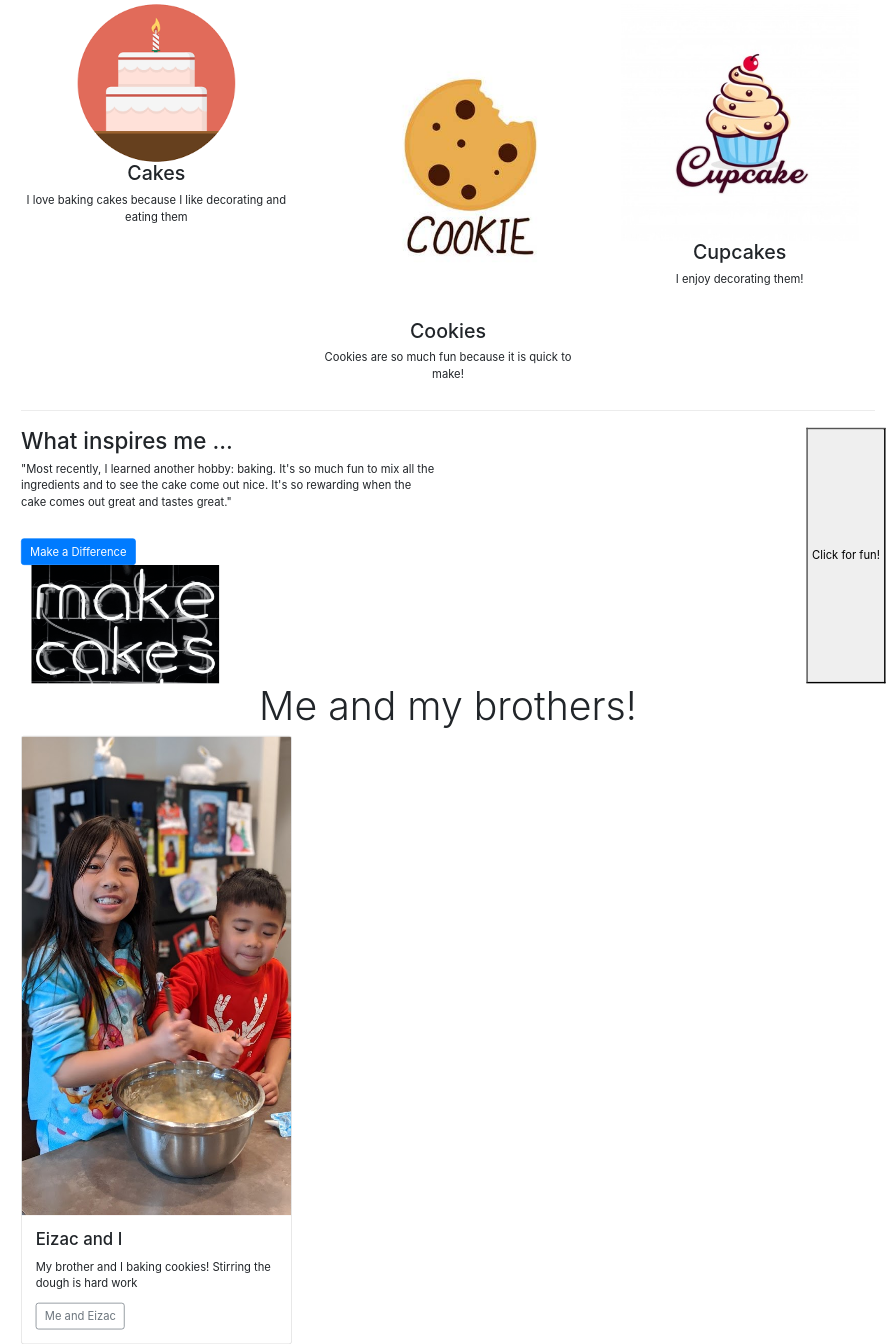
Repository: djzaragoza/Bea-Creation
Page: index.html
An editor plug-in stored every save of this project. The page is shown before and after the next save, followed by the edit.
The browser window is 1280 px wide. The pictures show the part of the page from y = 2583 to 4503 px (the page is 4503 px tall), at 70% of full size.
Some web libraries are served in a nearby version.

Above is the page before, as saved 2020-04-07 21:55:39.

### index.html
<!DOCTYPE html>
<html lang="en">
<head>
    <meta charset="utf-8">
    <meta name="viewport" content="width=device-width, initial-scale=1">
    <title>Bea's Creation</title>
    <link rel="stylesheet" href="https://maxcdn.bootstrapcdn.com/bootstrap/4.0.0/css/bootstrap.min.css">
    <script src="https://ajax.googleapis.com/ajax/libs/jquery/3.3.1/jquery.min.js"></script>
    <script src="https://cdnjs.cloudflare.com/ajax/libs/popper.js/1.12.9/umd/popper.min.js"></script>
    <script src="https://maxcdn.bootstrapcdn.com/bootstrap/4.0.0/js/bootstrap.min.js"></script>
    <script src="https://use.fontawesome.com/releases/v5.0.8/js/all.js"></script>
    <link rel="style.css" rel="stylesheet">
</head>
<body>

<!-- navigation -->
<nav class="navbar navbar-expand-md navbar-light bg-light sticky-top">
<div class="container-fluid">
    <a class="navbar-brand" href="#"><img src="img/bea_logo.png"></a>
    <button class="navbar-toggler" type="button" data-toggle="collapse" data-target="#navbarResponsive">
        <span class="navbar-toggler-icon"></span>
    </button>
    <div class="collapse navbar-collapse" id="navbarResponsive">
        <ul class="navbar-nav ml-auto">
            <li class="nav-item active">
                <a class="nav-link" href="#">Home</a>
            </li>
            <li class="nav-item">
                <a class="nav-link" href="#">Cakes</a>
            </li>
            <li class="nav-item">
                <a class="nav-link" href="#">Cupcakes</a>
            </li>
            <li class="nav-item">
                <a class="nav-link" href="#">Cookies</a>
            </li>
        </ul>
    </div>

</div>


</nav>


<!-- image slider -->
<div id="slides" class="carousel slide" data-ride="carousel">
    <ul class="carousel-indicators">
        <li data-target="#slides" data-slide-to="0" class="active"></li>
        <li data-target="#slides" data-slide-to="1">
        <li data-target="#slides" data-slide-to="2">
    </ul>
    <div class="carousel-inner">
        <div class="carousel-item active">
            <img src="img/bea_cover_photo.jpg">
            <div class="carousel-caption">
                <h1 class="display-2">Hello! Nice to meet you!</h1>
                <h3>I'm Bea!</h3>
                <button type="button" class="btn btn-outline-light btn-lg">About Me!</button>
                <button type="button" class="btn btn-primary btn-lg">Click Me!</button>
            </div>
        </div>
        <div class="carousel-item">
            <img src="img/bea_home_cookies.jpg">
        </div>
        <div class="carousel-item">
            <img src="img/bea_home_cupcakes.jpg">
        </div>
    </div>
</div>


<!-- jumbotron -->
<div class="container-fluid">
    <div class="row jumbotron">
        <div class="column-xs-12 col-sm-12 col-md-9 col-lg-9 col-xl-10">
            <p class="lead">Welcome to my page!  My daddy made it for me because he thinks I should show off all of the things I bake.  Check out his own website      ----------------------- > </p>
        </div>
        <div class="col-xs-12 col-sm-12 col-md-3 col-lg-3 col-xl-2">
            <a href="https://www.djzaragoza.dev" target="_blank"><button type="button" class="btn btn-outline-secondary btn-lg">My Daddy's page</button></a>
        </div>

    </div>
</div>

<!-- welcome section -->

<div class="container-fluid padding">
<div class="row welcome text-center">
    <div class="col-12">
        <h1 class="display-4">Creating yummy stuff is so much fun!</div>
    </div>
    <hr>
    <div class="col-12">
        <p class="lead">Welcome to my own site!  I love baking all kinds of cakes, cookies and cupcakes for my family.</p>
    </div>
<div>
</div>

<!-- three column section -->
<div class="container-fluid padding">
<div class="row text-center padding">
    <div class="col-xs-12 col-sm-6 col-md-4">
        <img src="img/cake_icon.png">
        <h3>Cakes</h3>
        <p>I love baking cakes because I like decorating and eating them</p>
    </div>
    <div class="col-xs-12 col-sm-6 col-md-4">
        <img src="img/cookie_icon.jpg">
        <h3>Cookies</h3>
        <p>Cookies are so much fun because it is quick to make!</p>
    </div>
    <div class="col-sm-12 col-md-4">
        <img src="img/cupcake_icon.jpg">
        <h3>Cupcakes</h3>
        <p>I enjoy decorating them!</p>
    </div>
</div>
<hr class="my-4">
</div>

<!-- two column section -->

<div class="container-fluid padding">
    <div class="row padding">
        <div class="col-md-12 col-lg-6">
            <h2>What inspires me ...</h2>
            <p>"Most recently, I learned another hobby: baking.  It's so much fun to mix all the ingredients and to see the cake come out nice.  It's so rewarding when the cake comes out great and tastes great."
            </p>
            <br>
            <a href="https://www.icingsmiles.org" target="_blank" class="btn btn-primary">Make a Difference</a>
        <div>
        <div class="col-lg-6">
            <img src="img/family_baking_icon.jpg" class="img-fluid">
        </div>
    </div>
</div>
<hr class="my-4">
<!-- fixed background -->
<figure>
    <div class="fixed-wrap">
        <div id="fixed">
        </div>
    </div>
</figure>


<!-- emoji section -->
<button class="fun" data-toggle="collapse" data-target="#emoji">Click for fun!</button>
<div id="emoji" class="collapse">
    <div class="container-fluid padding">
        <div class="row text-center">
            <div class="col-sm-6 col-md-3">
                <img class="gif" src="img/custard.png">
            </div>
            <div class="col-sm-6 col-md-3">
                <img class="gif" src="img/cake.png">
            </div>
            <div class="col-sm-6 col-md-3">
                <img class="gif" src="img/cupcake.png">
            </div>
            <div class="col-sm-6 col-md-3">
                <img class="gif" src="img/icecream.png">
            </div>
        </div>
    </div>
</div>

<!-- meet the team -->
<div class="container-fluid padding">
<div class="row welcome text-center">
    <div class="col-12">
        <h1 class="display-4">Me and my brothers!</h1>
    </div>
    <hr>
</div>
</div>


<!-- cards -->

<div class="container-fluid padding">
<div class="row padding">
    <div class="col-md-4">
        <div class="card">
            <img class="card-img-top" src="img/brothers_1.jpg">
            <div class="card-body">
                <h4 class="card-title">Eizac and I</h4>
                <p class="card-text">My brother and I baking cookies!  Stirring the dough is hard work</p>
                <a href="#" class="btn btn-outline-secondary">Me and Eizac</a>
            </div>
        </div>
    </div>

</div>
</div>

<!-- two column section -->

<!-- connect -->

<!-- footer -->





</body>



</html>

After the next save:
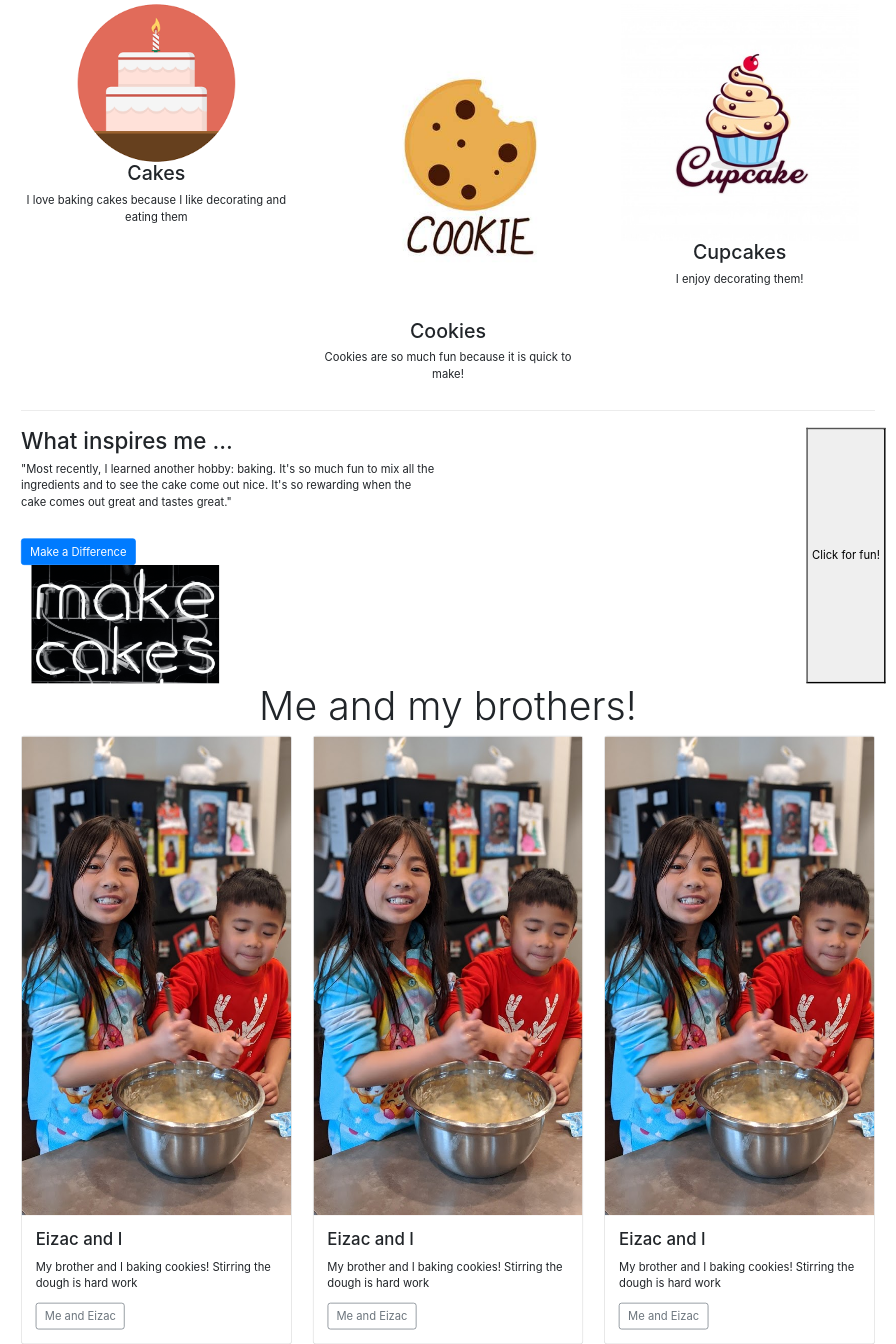
Saved 4 s later.
--- a/index.html
+++ b/index.html
@@ -192,6 +192,28 @@
         </div>
     </div>
 
+    <div class="col-md-4">
+        <div class="card">
+            <img class="card-img-top" src="img/brothers_1.jpg">
+            <div class="card-body">
+                <h4 class="card-title">Eizac and I</h4>
+                <p class="card-text">My brother and I baking cookies!  Stirring the dough is hard work</p>
+                <a href="#" class="btn btn-outline-secondary">Me and Eizac</a>
+            </div>
+        </div>
+    </div>
+
+    <div class="col-md-4">
+        <div class="card">
+            <img class="card-img-top" src="img/brothers_1.jpg">
+            <div class="card-body">
+                <h4 class="card-title">Eizac and I</h4>
+                <p class="card-text">My brother and I baking cookies!  Stirring the dough is hard work</p>
+                <a href="#" class="btn btn-outline-secondary">Me and Eizac</a>
+            </div>
+        </div>
+    </div>
+
 </div>
 </div>
 
